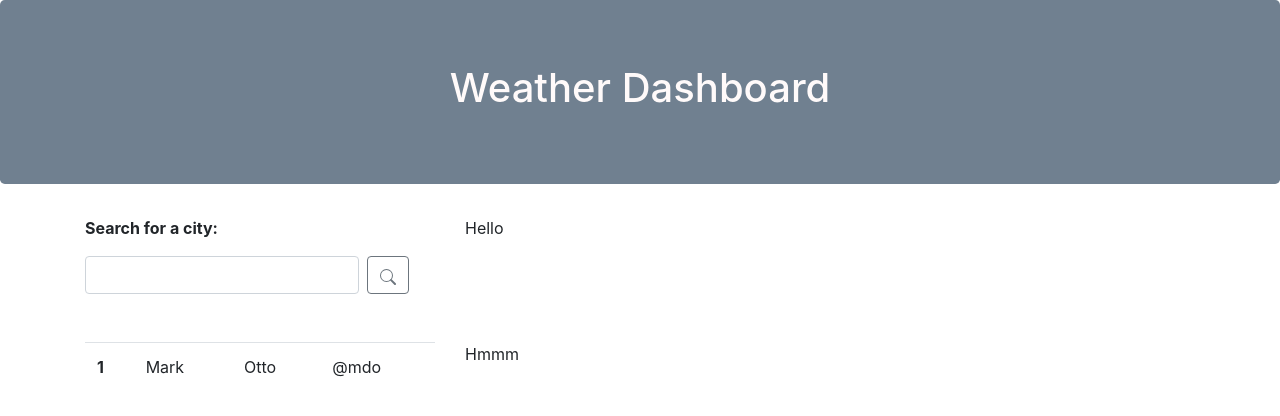
Repository: himaja830/Weather-Dashboard
Page: index.html
The author's editor kept a copy of each file at every save. The page is drawn from the files as they stood at one save, then again after a run of saves.
The browser window is 1280 px wide. The pictures show the whole page.

Above is the page before, as saved 2020-06-27 11:23:01.

### index.html
<!DOCTYPE html>
<html lang="en">
<head>
    <meta charset="UTF-8">
    <meta name="viewport" content="width=device-width, initial-scale=1.0">
    <title>Weather Dashboard</title>
    <link rel="stylesheet" href="https://stackpath.bootstrapcdn.com/bootstrap/4.5.0/css/bootstrap.min.css" integrity="sha384-9aIt2nRpC12Uk9gS9baDl411NQApFmC26EwAOH8WgZl5MYYxFfc+NcPb1dKGj7Sk" crossorigin="anonymous">
    <link rel="stylesheet" href="assets/style.css">
</head>
<body>
    <div class="jumbotron">
        <h1>Weather Dashboard</h1>
    </div>
    <div class="container">
        <div class="row row-cols-4">
            <div class="col-4">
                <strong><p>Search for a city:</p></strong>
                <form class="form-inline">
                <input class="form-control mr-sm-2" type="search"  aria-label="Search">
                <button class="btn btn-outline-secondary my-2 my-sm-0" type="submit">
                    <svg width="1em" height="1em" viewBox="0 0 16 16" class="bi bi-search" fill="currentColor" xmlns="http://www.w3.org/2000/svg">
                    <path fill-rule="evenodd" d="M10.442 10.442a1 1 0 0 1 1.415 0l3.85 3.85a1 1 0 0 1-1.414 1.415l-3.85-3.85a1 1 0 0 1 0-1.415z"/>
                    <path fill-rule="evenodd" d="M6.5 12a5.5 5.5 0 1 0 0-11 5.5 5.5 0 0 0 0 11zM13 6.5a6.5 6.5 0 1 1-13 0 6.5 6.5 0 0 1 13 0z"/>
                  </svg>
                </button>
              </form>
              <br>
              <br>
            </div>
            <div class="col-6">Hello</div>
            <div class="col-4">
                <div>
                <table class="table">
                <tbody>
                    <tr>
                      <th scope="row">1</th>
                      <td>Mark</td>
                      <td>Otto</td>
                      <td>@mdo</td>
                    </tr>
                </tbody>
                </table>
                </div>
            </div>
            <div class="col-6">Hmmm</div>
        </div>
    </div>
</body>
</html>

### assets/style.css
.jumbotron{
    text-align: center;
    background-color: slategrey;
    color: snow;
}
button,input{
    overflow: hidden;
}

After the next 2 saves:
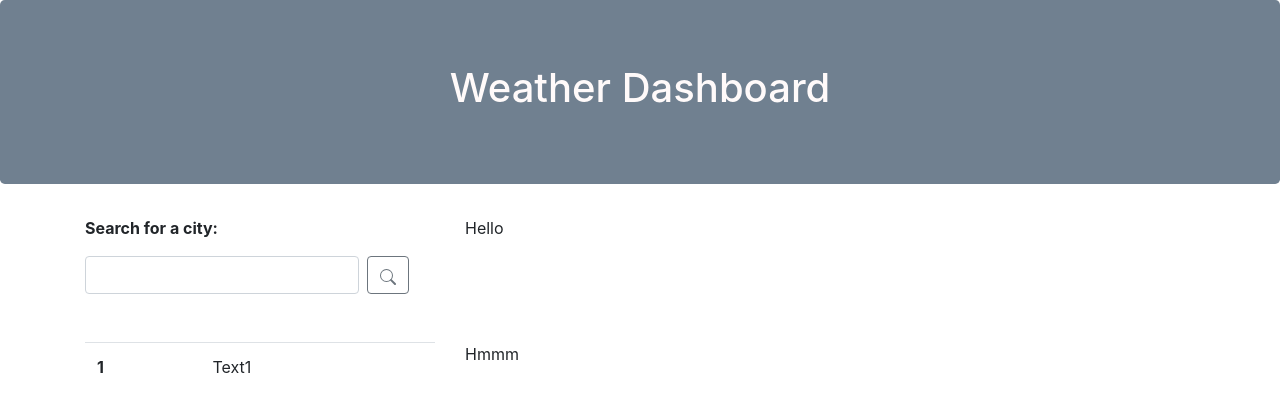
The 2 saves are shown as one change because they came seconds apart.
The last was saved 42 s later.
--- a/index.html
+++ b/index.html
@@ -34,9 +34,7 @@
                 <tbody>
                     <tr>
                       <th scope="row">1</th>
-                      <td>Mark</td>
-                      <td>Otto</td>
-                      <td>@mdo</td>
+                      <td>Text1</td>
                     </tr>
                 </tbody>
                 </table>
